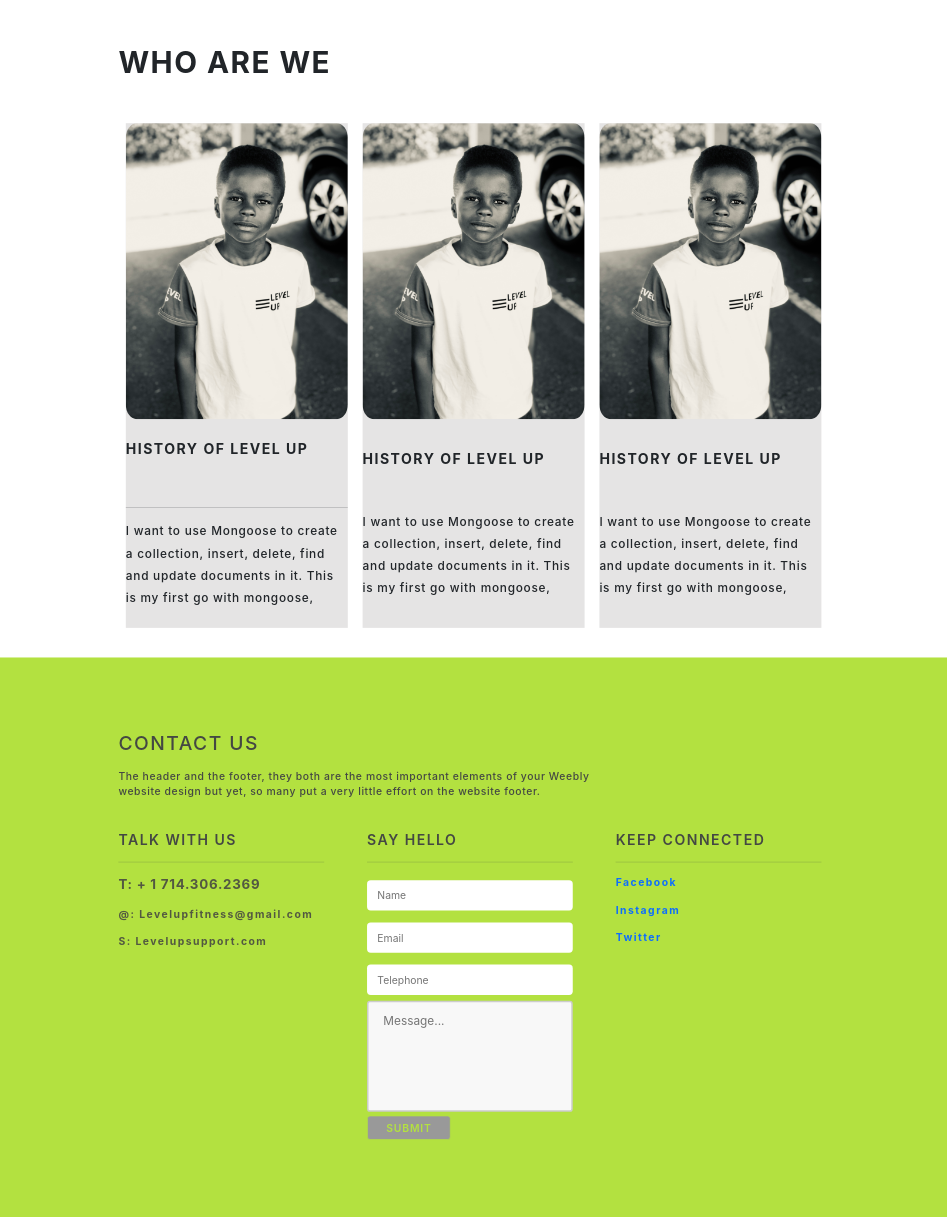
Repository: Bojurie/Level-up
Page: /about (app in client/)
The author's editor kept a copy of each file at every save. The page is drawn from the files as they stood at one save, then again after the next save.
The browser window is 1280 px wide. The pictures show the part of the page from y = 314 to 1959 px (the page is 1959 px tall before and 1899 px after), at 74% of full size.
Some web fonts or font styles are not loaded; a fallback is used. Some web libraries are served in a nearby version. The project was rebuilt for these pictures with package versions that can differ from the ones it lists, and the page was loaded fresh each time. Also part of the build but not shown: client/src/components/Carousel.js, client/src/components/HomeVlog.css, client/src/components/HomeVlog.js, client/src/components/homeProducts.css, client/src/components/HomeProducts.js, client/src/components/Card.js, client/src/components/HomeShop.css, client/src/components/HomeShop.js and 10 more. Imported but missing from the stored project, and not drawn on this page: client/src/components/Chart.

Above is the page before, as saved 2022-11-30 16:15:13.

### client/public/index.html
<!DOCTYPE html>
<html lang="en">
  <head>
    <meta charset="utf-8" />
    <link rel="icon" href="%PUBLIC_URL%/favicon.ico" />
    <meta name="viewport" content="width=device-width, initial-scale=1" />
    <meta name="theme-color" content="#000000" />
    <meta
      name="description"
      content="Web site created using create-react-app"
    />
    <link rel="apple-touch-icon" href="%PUBLIC_URL%/logo192.png" />
    <link rel="manifest" href="%PUBLIC_URL%/manifest.json" />

    <link rel="preconnect" href="https://fonts.googleapis.com" />
    <link rel="preconnect" href="https://fonts.gstatic.com" crossorigin />
    <link
      href="https://fonts.googleapis.com/css2?family=Asap+Condensed:ital,wght@0,400;0,500;1,400&family=Chivo:wght@300;400&family=Jura:wght@300;400;500;600;700&family=Lato:ital,wght@0,400;0,700;1,400&family=Nunito+Sans:wght@400;600&family=Oswald:wght@300;500;700&family=Playball&family=Roboto:ital,wght@0,400;0,500;1,500&family=Wallpoet&display=swap"
      rel="stylesheet"
    />

    <link
      rel="stylesheet"
      href="https://cdn.jsdelivr.net/npm/bootstrap@5.1.3/dist/css/bootstrap.min.css"
      integrity="sha384-1BmE4kWBq78iYhFldvKuhfTAU6auU8tT94WrHftjDbrCEXSU1oBoqyl2QvZ6jIW3"
      crossorigin="anonymous"
    />
    <script
      src="https://kit.fontawesome.com/5ffdb52964.js"
      crossorigin="anonymous"
    ></script>
    <title>React App</title>
    <script
      src="https://kit.fontawesome.com/5ffdb52964.js"
      crossorigin="anonymous"
    ></script>
  </head>
  <body>
    <noscript>You need to enable JavaScript to run this app.</noscript>
    <div id="root"></div>
    <!--
      This HTML file is a template.
      If you open it directly in the browser, you will see an empty page.

      You can add webfonts, meta tags, or analytics to this file.
      The build step will place the bundled scripts into the <body> tag.

      To begin the development, run `npm start` or `yarn start`.
      To create a production bundle, use `npm run build` or `yarn build`.
    -->
  </body>
</html>

### client/src/App.js
import React from 'react';
// import { BrowserRouter as Router, Route, Routes } from 'react-router-dom';
import { BrowserRouter as Router, Route, Routes} from 'react-router-dom'


import Home from './pages/Home';
import About from './pages/About';
import Shop from './pages/Shop';
import Contact from './pages/Contact';
import Navbar from './components/Navbar';
import Footer from './components/Footer';
import LogIn from './pages/LogIn';
import Register from './pages/Register';
import Chart from './components/Chart';
import Vlog from './pages/Vlog';

import {DataProvider} from './components/Context'


function App() {

  return (
        <Router>
          <DataProvider>
          <Navbar />
          <Routes>
              <Route path='/' element={<Home />} />
              <Route path='/about' element={<About />} />
              <Route path='/contact' element={<Contact />} />
              <Route path='/shop' element={<Shop />} />
              <Route path='/vlog' element={<Vlog />} />
              <Route path='/login' element={<LogIn/>} />
              <Route path='/register' element={<Register />} />
              <Route path='/chart' element={<Chart/>} />
          </Routes>
          <Footer />
          </DataProvider>
        </Router>
  );
}

export default App;

### client/src/pages/About.js
import React from 'react';
import './About.css';

import DarkImage from '../images/IMG_5367.jpg'
import { FormTitle } from '../components/FormTitle';
const imgse = DarkImage;

const About = () => {

  return (
    <div className='about'>
    <FormTitle className="sign-in-form__title" />
      <div className=''>
          <div className='aboutContainer'>
            <h1> Who Are We </h1>
            <div className='aboutContent'>
              <div className='aboutParagraph'>
                <div className='AboutUs-content'>
                    <div className='AboutHistory'>
                        <div className='history-img'>
                            <img src={imgse} alt='img'/>
                        </div>
                        <div className='history-content'>
                          <h1>History of Level Up</h1><hr/>
                          <p>I want to use Mongoose to create a collection, insert, delete, find and update documents in it. This is my first go with mongoose,</p>
                        </div>
                    </div>
                    <div className='AboutGoal'>
                        <div className='history-img'>
                            <img src={imgse} alt='img'/>
                        </div>
                        <div className='history-content'>
                          <h1>History of Level Up</h1>
                          <p>I want to use Mongoose to create a collection, insert, delete, find and update documents in it. This is my first go with mongoose,</p>
                        </div>
                    </div>
                    <div className='Aboutproduct'>
                        <div className='history-img'>
                            <img src={imgse} alt='img'/>
                        </div>
                        <div className='history-content'>
                          <h1>History of Level Up</h1>
                          <p>I want to use Mongoose to create a collection, insert, delete, find and update documents in it. This is my first go with mongoose,</p>
                        </div>
                    </div>

                </div>



              </div>
            </div>
          </div>
      </div>
    </div>
  );
}

export default About;

### client/src/components/Navbar.js
import React from 'react';
import { Link } from 'react-router-dom';

import './Navbar.css'
import Logo from '../images/Logo.png'



const Navbar = () => {
  return (
    <nav className='navbar'>
      <div className='navbar-wrapper'>
        <Link to='/' className='logo'>
            <img src={Logo} alt='logo' />
        </Link>
        <ul className='navbar-links'>
            <Link to='/' >Home </Link>
            <Link to='/shop'> Shop</Link>
            <Link to='/Vlog'> V-Log</Link>
            <Link to='/about'> About</Link>
            <Link to='/contact'> Contact</Link>
            <Link to='/login'> Login </Link>
            <Link to='/register'>SignUp</Link>
            <Link to='/chart'><i class="fa-solid fa-cart-shopping"></i></Link>

        </ul>
      </div>

    </nav>
  );
}

export default Navbar;

### client/src/components/Footer.js
import React from 'react';
import { Link } from 'react-router-dom';
  import { FontAwesomeIcon } from '@fortawesome/react-fontawesome'
  import { instagram } from '@fortawesome/free-solid-svg-icons'

import './Footer.css';

const Footer = () => {
  return (
    <div className='footer'>
      <div className='footer-wrapper'>
        <div className='footer-header-wrapper'>
          <div className='footer-header'>
            <h1>Contact Us</h1>
          </div>
          <div className='footer-paragraph'>
            <p>The header and the footer, they both are the most important elements of your Weebly website design but yet, so many put a very little effort on the website footer.</p>
          </div>

        </div>
        <div className='footer-nav-content'>
            <div className='footer-navs-left'>
              <h3>Talk With Us</h3><hr/>
              <div className='footer-contact'>
                <div className='tel'>
                  <p>T: + 1 714.306.2369</p>
                </div>
                <div className='email'>
                  <p>@: Levelupfitness@gmail.com</p>
                </div>
                <div className='support'>
                  <p>S: Levelupsupport.com</p>
                </div>

              </div>

            </div>
            <div className='footer-navs-middle'>
                <h3>Say Hello</h3><hr/>
              <div className='footer-form'>

                  <form className='form'>
                    <input type='text' placeholder=' Name' />
                    <input type='text' placeholder=' Email' />
                    <input type='text' placeholder=' Telephone' />
                    <textarea placeholder='Message...' />
                  </form>
                  <div className='form-btn'>
                    <input type='submit' placeholder='' />
                  </div>

              </div>
            </div>
            <div className='footer-navs-right'>
              <h3>Keep Connected</h3><hr/>
              <div className='social-media'>
                <p><Link to='/'>Facebook</Link></p>
                <p><Link to='/'><FontAwesomeIcon icon="fa-brands fa-instagram" /> Instagram</Link></p>
                <p><Link to='/'>Twitter</Link></p>

              </div>

            </div>
        </div>


      </div>
    </div>
  );
}

export default Footer;

### client/src/components/Context.js
import React,{Component} from 'react';
export const DataContext = React.createContext();

export class DataProvider extends Component {
  constructor(props) {
    super(props)

    this.state = {
       products: [
         {
          "_id": "1",
          "title": "Level-Up Sweat Pant",
          "src": "https://images.unsplash.com/photo-1618354691373-d851c5c3a990?ixlib=rb-1.2.1&ixid=MnwxMjA3fDB8MHxwaG90by1wYWdlfHx8fGVufDB8fHx8&auto=format&fit=crop&w=658&q=80",
          "description": "Classic fit for running and outdoor activities.",
          "price": 39,
          "colors": ["red", "blue", "black"],
          "count": 2,
         },
         {
          "_id": "2",
          "title": "Kids Level-Up SweatPant",
          "src": "https://images.unsplash.com/flagged/photo-1555895312-bbc472c964f3?ixlib=rb-1.2.1&ixid=MnwxMjA3fDB8MHxwaG90by1wYWdlfHx8fGVufDB8fHx8&auto=format&fit=crop&w=388&q=80",
          "description": "Kids track sweatsuit for running or leisure activities",
          "price": 20,
          "colors": ["red", "blue", "black"],
          "count": 2,
         },
         {
          "_id": "3",
          "title": "Level Up Tank Top",
          "src": "https://images.unsplash.com/photo-1618354691373-d851c5c3a990?ixlib=rb-1.2.1&ixid=MnwxMjA3fDB8MHxwaG90by1wYWdlfHx8fGVufDB8fHx8&auto=format&fit=crop&w=658&q=80",
          "description": "description",
          "price": 20,
          "colors": ["red", "blue", "black"],
          "count": 2,
         },
         {
          "_id": "4",
          "title": "Level Up T-Shirt",
          "src": "https://images.unsplash.com/photo-1618354691373-d851c5c3a990?ixlib=rb-1.2.1&ixid=MnwxMjA3fDB8MHxwaG90by1wYWdlfHx8fGVufDB8fHx8&auto=format&fit=crop&w=658&q=80",
          "description": "description",
          "price": 20,
          "colors": ["red", "blue", "black"],
          "count": 2,
         },
         {
          "_id": "5",
          "title": "Level Up Sweater",
          "src": "https://images.unsplash.com/photo-1618354691373-d851c5c3a990?ixlib=rb-1.2.1&ixid=MnwxMjA3fDB8MHxwaG90by1wYWdlfHx8fGVufDB8fHx8&auto=format&fit=crop&w=658&q=80",
          "description": "description",
          "price": 20,
          "colors": ["red", "blue", "black"],
          "count": 2,
         },
         {
          "_id": "6",
          "title": "Level Up Embroidery Shirt",
          "src": "https://images.unsplash.com/photo-1618354691373-d851c5c3a990?ixlib=rb-1.2.1&ixid=MnwxMjA3fDB8MHxwaG90by1wYWdlfHx8fGVufDB8fHx8&auto=format&fit=crop&w=658&q=80",
          "description": "description",
          "price": 20,
          "colors": ["red", "blue", "black"],
          "count": 2,
         },
       ]
    }
  }

  render(){
    const {products} = this.state;
    return(
      <DataContext.Provider value={{products}}>
        {this.props.children}
      </DataContext.Provider>
    )
  }
}
export default DataProvider;

### client/src/pages/About.css
.aboutContainer h1 {
  padding: 20px 0 50px 0;
  text-transform: uppercase;
  font-weight: bold;
  letter-spacing: 2px;
}

.aboutContainer {
  padding: 40px 160px;
}

.aboutParagraph p {
  letter-spacing: 1px;
  line-height: 30px;
  font-weight: 500;
}

.aboutParagraph img {
  border-radius: 5%;
  float: left;
  margin: 0 30px 0 0;
}

.AboutUs-content {
  display: flex;
}

.AboutHistory,
.AboutGoal,
.Aboutproduct {
  display: grid;
    margin: 0 auto;
    width: 300px;
    background-color: rgb(229, 228, 228);
}

.history-img {
}

.history-content {
  padding: 10px 0;
}
.history-content h1{
  font-size: 19px;
}

### client/src/components/FormTitle.js
import React from "react";
import './FormTitle.css';

export function FormTitle(props) {
  const { className, text } = props;
  return <h1 className={`${className} form-title`}>{text}</h1>;
}

### client/src/components/Navbar.css
.logo img {
  width: 250px;
}

.navbar {
  padding-top: 0;
  display: contents;
}

.navbar-wrapper {
  display: flex;
  /* justify-content: center; */
  align-items: center;
  height: 90px;
  background: #b3e140;
  padding: 0 50px;
  justify-content: space-between;
}

.navbar-links {
  margin-bottom: 0;
}

.navbar-links a {
  font-size: 14px;
  letter-spacing: 2px;
  font-weight: 700;
  text-transform: capitalize;
  margin: 0 10px;
  color: rgb(68, 72, 67);

}

a {
  list-style: none;
  text-decoration: none;
}

### client/src/components/Footer.css
.footer {
  background-color: #b3e140;
      font-size: 14px;
    letter-spacing: 2px;
    font-weight: 700;

    color: rgb(68, 72, 67);
}
.footer-header h1 {
 font-size: 26px;
 text-transform: uppercase;
 letter-spacing: 2px;
}

.footer-navs {
  text-decoration: none;
  list-style-type: none;

}
.footer-navs li{
  padding: 10px 0;
  letter-spacing: 1px;
  text-transform: uppercase;
  font-weight: 600;

}
.footer-wrapper {
  padding: 100px 160px;
}

.footer-contact {



}
.footer-nav-content p {
 color: #424141db;
}
.footer-contact > .tel p{
    font-size: 18px;
    letter-spacing: 1px;

}
.footer-contact > .email p{
    font-size: 14px;
    /* letter-spacing: 2px; */
}
.footer-contact > .support p{
    font-size: 14px;
    letter-spacing: 2px;
}
.footer-paragraph {
  width: 70%;
  letter-spacing: .8px;
  font-weight: 500;
  padding: 10px 0;
}
.footer-wrapper h3{
 text-transform: uppercase;
 letter-spacing: 2px;
 font-size: 19px;
 font-weight: 600;

}

.footer-nav-content {
  display: flex;
  justify-content: space-between;
}



.footer-navs-left,
.footer-navs-middle,
.footer-navs-right{

  padding: 20px 10px 0 0;
  border-radius: 10px;
}

.footer-form {
  background-color: none !important;
}

/* footer Left section */
.footer-navs-left {
  width: 30%;
}

/* footer Middle section */
.footer-navs-middle {
 width: 30%;
}

.form {
  display: grid;
}
.form input {
  padding: 10px ;
  margin: 8px 0;
  border-radius: 5px;
  border: none;
}
.form input:focus {
  border: none;
}

.form textarea {
   width: 100%;
  height: 150px;
  padding: 12px 20px;
  box-sizing: border-box;
  border: 2px solid #ccc;
  border-radius: 4px;
  background-color: #f8f8f8;
  font-size: 16px;
  resize: none;
}
.form input:active {

  border: 1px solid rgb(241, 234, 234);

}
.form-btn {

}
.form-btn input {
     padding: 5px 25px;
    margin: 5px 0;
    border-radius: 4px;
    background-color: #999999;
    border: 1px solid  #b3e140;
    color: #b3e140;
    letter-spacing: 1.1px;
    font-weight: 600;
    text-transform: uppercase;
}

.footer-navs-right {
  width: 30%;
}

### client/src/components/Carousel.css
 .d-block {
   width: 100%;
   /* object-fit: cover; */
   /* object-position: 50% 50%; */
   /* background-size: contain;
   background-repeat: no-repeat; */
 }


 img {

   max-width: 100%;
   max-height: 100%;
   object-fit: cover;
   background-repeat: no-repeat;
 }

 .carousel-item img {
   width: 1000px;
   height: 500px;
 }

 .carousel-caption {
   top: 50%;
 }

 .carousel {
   object-fit: contain;
 }

### client/src/components/FormTitle.css
.form-title {
  font-size: 3rem;
  font-weight: 700;
  line-height: 2rem;
  margin: auto 0;
  color: white;
  background-image: url('https://images.unsplash.com/photo-1581397867105-8c988bd747e6?ixlib=rb-4.0.3&ixid=MnwxMjA3fDB8MHxwaG90by1wYWdlfHx8fGVufDB8fHx8&auto=format&fit=crop&w=1170&q=80') ;
    background-repeat: no-repeat;
  background-position: center;
  background-size: cover;
  padding: 7rem 0 7rem 10rem;
  letter-spacing: 5px;
  text-transform: uppercase;
  display: flex;
  justify-content: flex-start;

}
.form-title h1{


}


.shopForm-title {
 font-size: 3rem;
  font-weight: 700;
  line-height: 2rem;
  letter-spacing: 5px;
  text-transform: uppercase;
  display: flex;
  margin: auto 0;
   background-image: url('https://images.unsplash.com/photo-1581397867105-8c988bd747e6?ixlib=rb-4.0.3&ixid=MnwxMjA3fDB8MHxwaG90by1wYWdlfHx8fGVufDB8fHx8&auto=format&fit=crop&w=1170&q=80') ;
    background-repeat: no-repeat;
  background-position: center;
  background-size: cover;

  padding: 7rem 0 7rem 10rem;
  justify-content: flex-start;

}
.FormTitleLogin-title {
  font-size: 3rem;
  font-weight: 700;
  line-height: 2rem;
  padding: 6rem 0;
  letter-spacing: 5px;
  text-transform: uppercase;
  display: flex;
  justify-content: center;
  margin: auto 0;
   background-image: url('https://images.unsplash.com/photo-1609770231080-e321deccc34c?ixlib=rb-4.0.3&ixid=MnwxMjA3fDB8MHxwaG90by1wYWdlfHx8fGVufDB8fHx8&auto=format&fit=crop&w=765&q=80') ;
    background-repeat: no-repeat;
  background-position: center;
  background-size: cover;

}
.ContactForm-title {
 /* font-size: 3rem;
  font-weight: 700;
  line-height: 2rem;
  text-transform: uppercase; */
  display: flex;
  margin: auto 0;
   background-image: url('https://images.unsplash.com/photo-1587560699334-bea93391dcef?ixlib=rb-4.0.3&ixid=MnwxMjA3fDB8MHxwaG90by1wYWdlfHx8fGVufDB8fHx8&auto=format&fit=crop&w=1170&q=80') ;
    background-repeat: no-repeat;

 padding: 7rem 0 7rem 10rem;
  letter-spacing: 5px;
  justify-content: flex-start;

}
.RegisterForm-title {
  font-size: 3rem;
  font-weight: 700;
  line-height: 2rem;
  padding: 6rem 0;
  letter-spacing: 5px;
  text-transform: uppercase;
  display: flex;
  justify-content: center;
  margin: auto 0;
   background-image: url('https://images.unsplash.com/photo-1563906267088-b029e7101114?ixlib=rb-4.0.3&ixid=MnwxMjA3fDB8MHxwaG90by1wYWdlfHx8fGVufDB8fHx8&auto=format&fit=crop&w=1170&q=80') ;
    background-repeat: no-repeat;
  /* background-position: bottom; */
  /* background-size: cover; */
    /* background-attachment: */


}
.VlogForm_title h1{


}
.VlogForm_title {
  /* font-size: 3rem;
  font-weight: 700;
  line-height: 2rem; */
  padding: 7rem 0 7rem 10rem;
  letter-spacing: 5px;
  text-transform: uppercase;
  display: flex;
  justify-content: flex-start;
  margin: auto 0;
   background-image: url('https://images.unsplash.com/photo-1440778303588-435521a205bc?ixlib=rb-4.0.3&ixid=MnwxMjA3fDB8MHxwaG90by1wYWdlfHx8fGVufDB8fHx8&auto=format&fit=crop&w=1470&q=80') ;
    background-repeat: no-repeat;
  background-position: center;
  background-size: cover;

}

@media screen and (max-width: 414px) {
  .form-title {
    padding: 4rem 1rem;

  }

}

### client/src/components/auth/LoginForm.css
.loginForm-wrapper {
  text-align: center;
    justify-content: center;
    width: 600px;
    margin: auto;
    padding: 90px 0;

}
.login-header {
  text-transform: uppercase;
  letter-spacing: 2px;
  font-weight: 600;
}


form {
  display: grid;
}

.loginForm-header {
  font-size: 20px;
}

.loging
form input {
  margin: 5px 0;
  padding: 10px;
  border-radius: 10px;
  border: 1px solid white;
  background-color: rgba(243, 247, 255, 0.715) !important;
}
form input:focus{
  border: 2px solid green;
}
form > .loginBtn > input{
  padding: 8px;
  width: 100%;
  background-color:#999999!important;
  color: #ccf368;
  font-weight: 700;
  border: none;
  margin:5px 0 ;
  font-size: 20px;
  letter-spacing: 3px;
}

### client/src/components/auth/registerForm.css

.registerForm-wrapper {
  text-align: center;
    justify-content: center;
    width: 600px;
    margin: auto;
    padding: 90px 0;

}
.login-header {
  text-transform: uppercase;
  letter-spacing: 2px;
  font-weight: 600;
}


form {
  display: grid;
}

.loginForm-header {
  font-size: 20px;
}

.register
form input {
  margin: 5px 0;
  padding: 10px;
  border-radius: 10px;
  border: 1px solid white;

}
form input:focus{
  border: 2px solid green;
}
form > .loginBtn > input{
  padding: 8px;
  width: 100%;
  background-color: #b3e140 !;
  border: none;
  margin:5px 0 ;
}

Loaded but not shown: client/src/index.js (common file); client/src/index.css (common file)

After the next save:
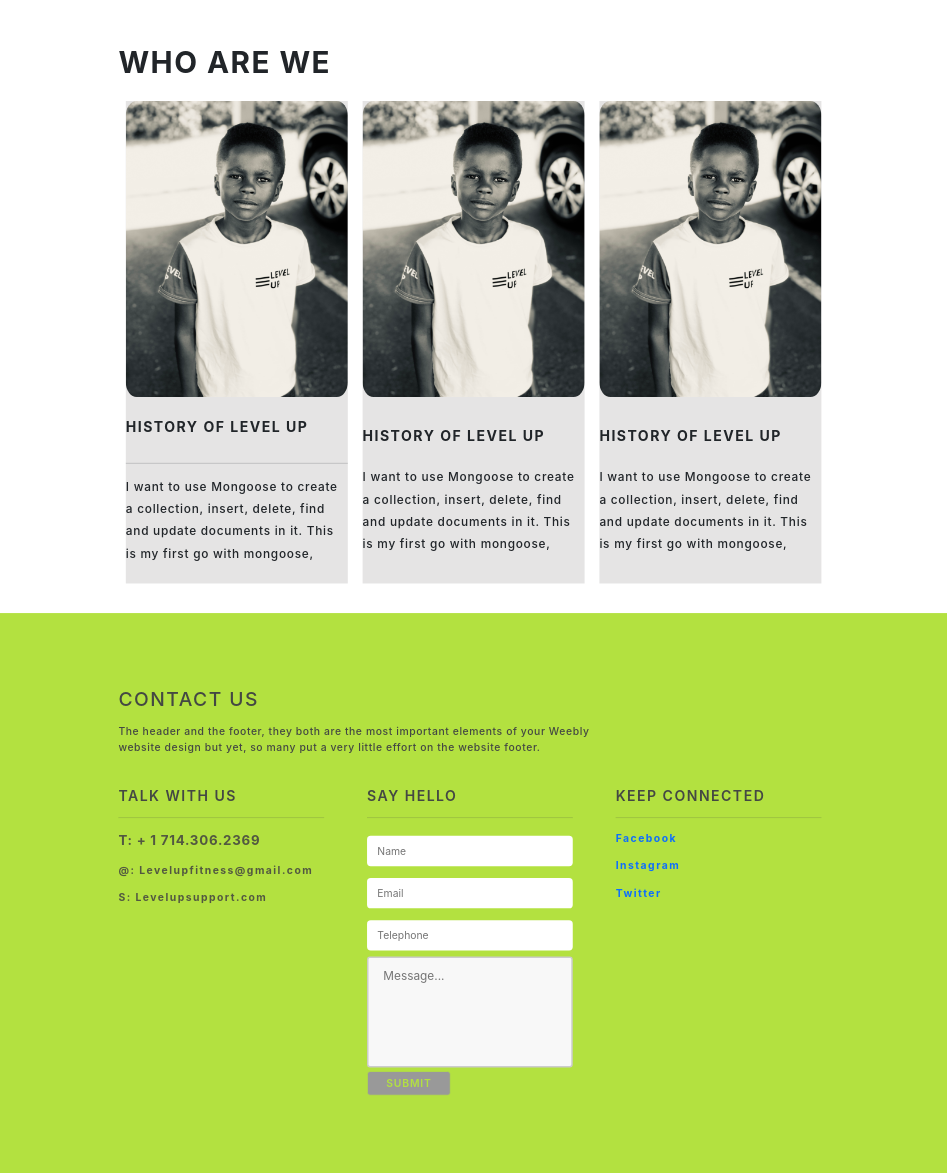
Saved 86 s later.
--- a/client/src/pages/About.css
+++ b/client/src/pages/About.css
@@ -1,5 +1,5 @@
 .aboutContainer h1 {
-  padding: 20px 0 50px 0;
+  padding: 20px 0;
   text-transform: uppercase;
   font-weight: bold;
   letter-spacing: 2px;
